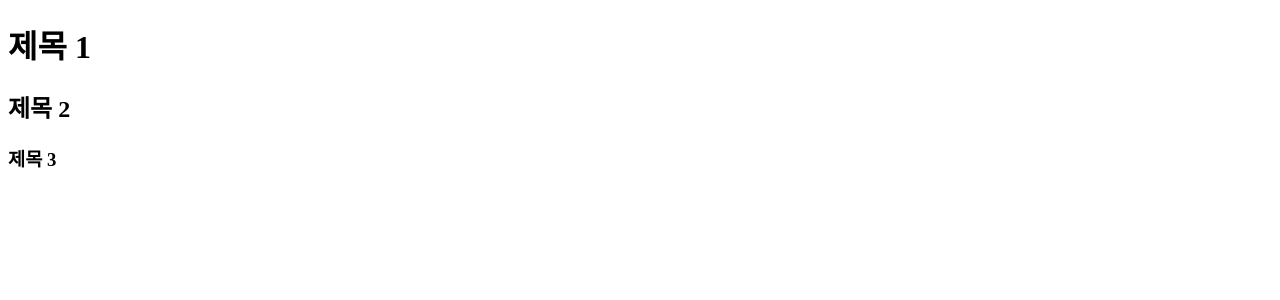
Repository: XenosJM/WEB_CODES
Page: Web01_HTML/src/main/webapp/02_basic.html
The author's editor kept a copy of each file at every save. The page is drawn from the files as they stood at one save, then again after the next save.
The browser window is 1280 px wide. The pictures show the whole page.

Above is the page before, as saved 2024-03-19 02:27:35.

### Web01_HTML/src/main/webapp/02_basic.html
<!DOCTYPE html>
<html>
<head>
<meta charset="UTF-8">
<title>Basic</title>
</head>
<body>
	<!--
		주석 작성 단축키 : Ctrl + Shift + /
		주석 해제 단축키 : Ctrl + Shift + \
	 -->

	 <!-- 제목 : heading -->
	 <h1>제목 1</h1>
	 <h2>제목 2</h2>
	 <h3>제목 3</h3>

	 <!-- 문단 : paragraph -->

</body>
</html>

After the next save:
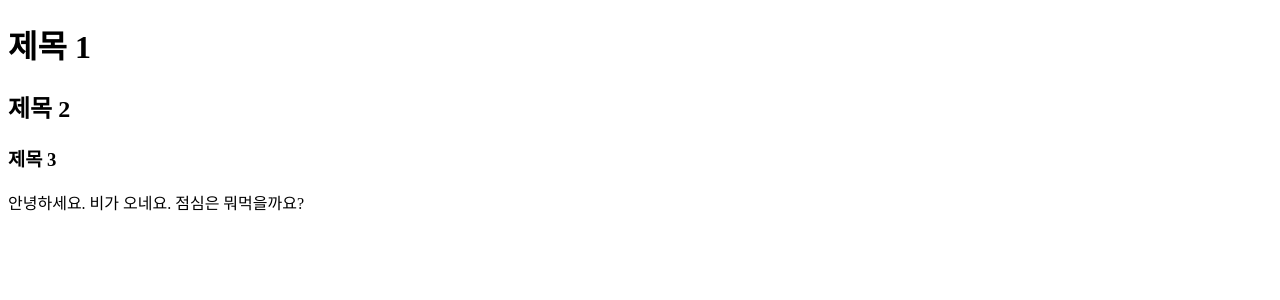
Saved 34 s later.
--- a/Web01_HTML/src/main/webapp/02_basic.html
+++ b/Web01_HTML/src/main/webapp/02_basic.html
@@ -16,6 +16,10 @@
 	 <h3>제목 3</h3>
 
 	 <!-- 문단 : paragraph -->
+	 <p>
+	 	안녕하세요. 비가 오네요.
+	 	점심은 뭐먹을까요?
+	 </p>
 
 </body>
 </html>
